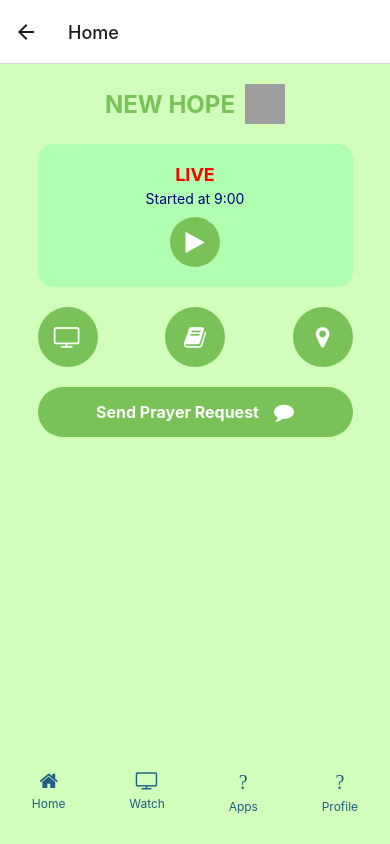
Repository: AbrahamM007/NewHopeChurchApp
Screen: /Home
These files come from the project's save history. The screen is drawn as it stood at one moment and after the next save; the edit follows.
Pictures or frames that could not be fetched are drawn as grey boxes. The app was drawn by React Native's web renderer in a window 390 px wide. The project was rebuilt for these pictures with package versions that can differ from the ones it lists, and the page was loaded fresh each time. Some packages were replaced by stand-ins written for this rebuild. Also part of the build but not shown: screens/SignUpScreen.js.

Above is the screen before, as saved 2024-10-21 16:48:57.

After the next save:
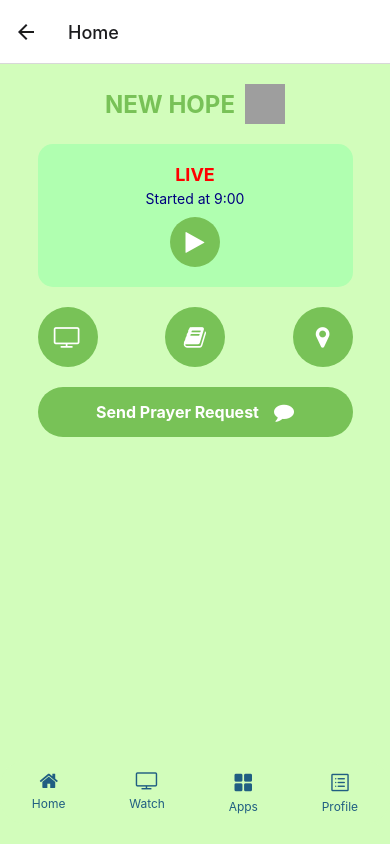
Saved 2 min 9 s later.
--- a/screens/HomeScreen.js
+++ b/screens/HomeScreen.js
@@ -1,7 +1,8 @@
 // screens/HomeScreen.js
-import React from 'react';
+import React, { useEffect } from 'react';
 import { View, Text, TouchableOpacity, StyleSheet, Image } from 'react-native';
-import Icon from 'react-native-vector-icons/FontAwesome'; // Import the FontAwesome icon set
+import FontAwesome from 'react-native-vector-icons/FontAwesome';
+import AntDesign from 'react-native-vector-icons/AntDesign';
 import { useNavigation } from '@react-navigation/native';
 
 const HomeScreen = () => {
@@ -23,45 +24,45 @@ const HomeScreen = () => {
         <Text style={styles.liveText}>LIVE</Text>
         <Text style={styles.startTimeText}>Started at 9:00</Text>
         <TouchableOpacity style={styles.playButton}>
-          <Icon name="play" size={24} color="#fff" />
+          <FontAwesome name="play" size={24} color="#fff" />
         </TouchableOpacity>
       </View>
 
       {/* Icon Buttons */}
       <View style={styles.iconButtonsContainer}>
         <TouchableOpacity style={styles.iconButton}>
-          <Icon name="tv" size={24} color="#fff" />
+          <FontAwesome name="tv" size={24} color="#fff" />
         </TouchableOpacity>
         <TouchableOpacity style={styles.iconButton}>
-          <Icon name="book" size={24} color="#fff" />
+          <FontAwesome name="book" size={24} color="#fff" />
         </TouchableOpacity>
         <TouchableOpacity style={styles.iconButton}>
-          <Icon name="map-marker" size={24} color="#fff" />
+          <FontAwesome name="map-marker" size={24} color="#fff" />
         </TouchableOpacity>
       </View>
 
       {/* Prayer Request Button */}
       <TouchableOpacity style={styles.prayerButton}>
         <Text style={styles.prayerButtonText}>Send Prayer Request</Text>
-        <Icon name="comment" size={20} color="#fff" style={styles.commentIcon} />
+        <FontAwesome name="comment" size={20} color="#fff" style={styles.commentIcon} />
       </TouchableOpacity>
 
       {/* Bottom Navigation */}
       <View style={styles.bottomNavigation}>
         <TouchableOpacity style={styles.navItem}>
-          <Icon name="home" size={20} color="#205E82" />
+          <FontAwesome name="home" size={20} color="#205E82" />
           <Text style={styles.navText}>Home</Text>
         </TouchableOpacity>
         <TouchableOpacity style={styles.navItem}>
-          <Icon name="tv" size={20} color="#205E82" />
+          <FontAwesome name="tv" size={20} color="#205E82" />
           <Text style={styles.navText}>Watch</Text>
         </TouchableOpacity>
         <TouchableOpacity style={styles.navItem}>
-          <Icon name="appstore1" size={20} color="#205E82" />
+          <AntDesign name="appstore1" size={20} color="#205E82" />
           <Text style={styles.navText}>Apps</Text>
         </TouchableOpacity>
         <TouchableOpacity style={styles.navItem}>
-          <Icon name="profile" size={20} color="#205E82" />
+          <AntDesign name="profile" size={20} color="#205E82" />
           <Text style={styles.navText}>Profile</Text>
         </TouchableOpacity>
       </View>
@@ -161,7 +162,6 @@ const styles = StyleSheet.create({
     paddingVertical: 10,
     position: 'absolute',
     bottom: 20,
-
   },
   navItem: {
     alignItems: 'center',
